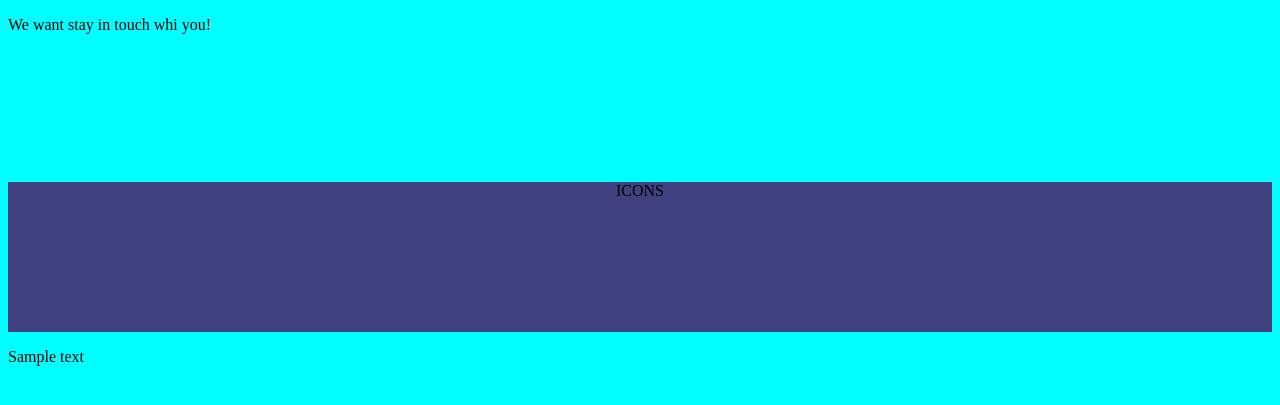
Repository: JhonMercedes/profile
Page: index.html
An editor plug-in stored every save of this project. The page is shown before and after the next save, followed by the edit.
The browser window is 1280 px wide. The pictures show the whole page.

Above is the page before, as saved 2021-12-08 02:04:48.

### index.html
<!DOCTYPE html>
<html lang="en">
<head>
    <meta charset="UTF-8">
    <meta http-equiv="X-UA-Compatible" content="IE=edge">
    <meta name="viewport" content="width=device-width, initial-scale=1.0">
    <link rel="stylesheet" href="style.css">
    <title>J.A</title>
</head>
<body>

    <div class="container">
        <p>We want stay in touch whi you!</p>
    </div>
    <div class="container2">
        <p>ICONS</p>
    </div>
    <div class="container3">
        <p>Sample text</p>
    </div>

</body>
</html>

### style.css
body {
    background: aqua;
}

.container, .container2, .container3 {
    width: 100%;
    height: 150px;
}

.container2 {
    background-color: rgb(65, 65, 128);
    width: 100%;
    text-align: center;
}

After the next save:
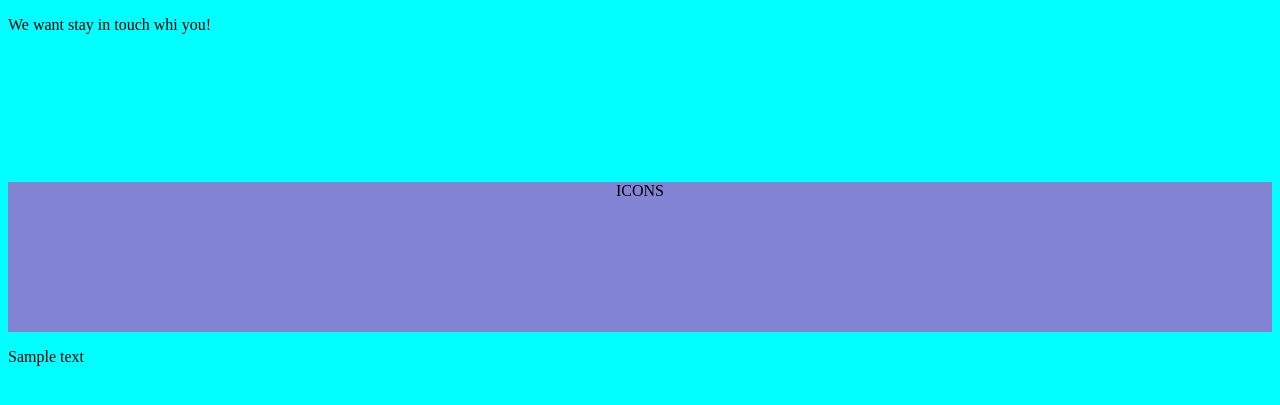
Saved 10 s later.
--- a/style.css
+++ b/style.css
@@ -8,7 +8,7 @@
 }
 
 .container2 {
-    background-color: rgb(65, 65, 128);
+    background-color: rgb(132, 132, 213);
     width: 100%;
     text-align: center;
 }
